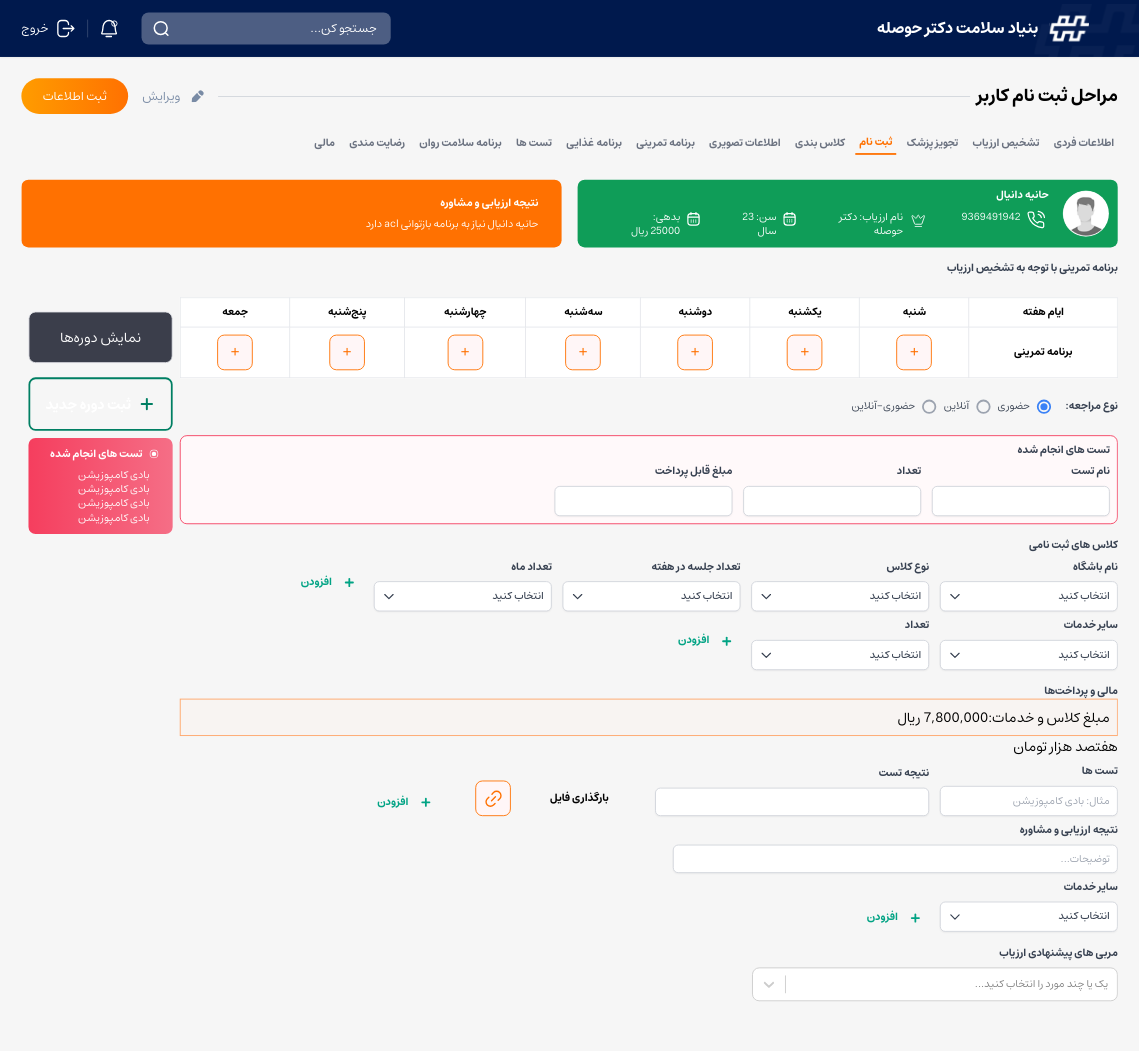
Repository: mirnajafi/ERP_hoseleh_V1.0
Page: /register, after clicking the first element matching `div.flex > :nth-child(4)`
An editor plug-in stored every save of this project. The page is shown before and after the next save, followed by the edit.
The browser window is 1280 px wide. The pictures show the whole page, at 89% of full size.
Some web fonts or font styles are not loaded; a fallback is used. The project was rebuilt for these pictures with package versions that can differ from the ones it lists, and the page was loaded fresh each time. The framework's server and built-in components were replaced by stand-ins that run in the browser. Also part of the build but not shown: next.config.mjs, src/components/icons/trash.tsx, src/components/weekTable/weekTable.css, src/components/icons/copy.tsx, src/components/recognitionEvaluator/recognitionEvaluator.tsx.

Above is the page before, as saved 2025-03-01 00:04:13.

### src/app/layout.tsx
/* eslint-disable @next/next/no-img-element */
import type { Metadata } from "next";
import Header from "@/components/layout/Header";
import "@/app/globals.css";


export const metadata: Metadata = {
  title: "دکتر حوصله",
  description: "بنیاد سلامت دکتر حوصله",
};

export default function RootLayout({ children }: { children: React.ReactNode }) {
  return (
    <html lang="fa" dir="rtl">
      <body className="bg-dashboard-bg min-h-screen">
        {/* Header includes SidebarToggle, so no need to add Sidebar separately */}
        <Header />
        {/* Main Content Area */}
        <main className="transition-all duration-300 mt-16 p-6">
          {children}
        </main>

      </body>
    </html>
  );
}

### src/app/globals.css
@tailwind base;
@tailwind components;
@tailwind utilities;

@font-face {
  font-family: 'Estedad';
  src: url('/fonts/Estedad-Regular.woff2') format('woff2');
  font-weight: normal;
  font-style: normal;
  font-display: swap;
}

@font-face {
  font-family: 'Estedad';
  src: url('/fonts/Estedad-Bold.woff2') format('woff2');
  font-weight: bold;
  font-style: normal;
  font-display: swap;
}

@font-face {
  font-family: 'Estedad';
  src: url('/fonts/Estedad-Medium.woff2') format('woff2');
  font-weight: 500;
  font-style: normal;
  font-display: swap;
}

@font-face {
  font-family: 'Estedad';
  src: url('/fonts/Light.woff2') format('woff2');
  font-weight: 400;
  font-style: normal;
  font-display: swap;
}

@layer base {
  html {
    font-family: 'Estedad'
  }
}

### src/components/registration/registration.tsx
import Select from "react-select/base";
import WeekTable from "../weekTable/weekTable";
import TransparentBtn from "../transparentBtn/transparentBtn";
import Dropdown from "../dropdown/dropdown";
import InputDescription from "../inputDescription/inputDescription";
import FileUploader from "../fileUploader/fileUploader";
import Input from "../input/input";
import InformationUserBox from "../informationUserBox/informationUserBox";
import { useState } from "react";
import ResultBox from "../resultBox/resultBox";
import PlusIcon from "../icons/plus";
import LeftSideBox from "../leftSideBox/leftSideBox";
import RadioButton from "../radioBtn/radioBtn";

const Registration = () => {

    const [selectedOptions, setSelectedOptions] = useState([]);


    const handleSelect = (option: string) => {
        console.log("انتخاب شده:", option);
    };
    const handleFileUpload = (files: File[]) => {
        console.log("فایل‌های آپلود شده:", files);
    };

    const [selected, setSelected] = useState<string>("option1");


    const [selectedDay, setSelectedDay] = useState<string>("");

    const handleDaySelect = (day: string) => {
        setSelectedDay(day);
    };

    return (
        <div>
            <div className="w-full flex flex-row">
                <InformationUserBox name="حانیه دانیال" age="23" phoneNumber={'9369491942'} evaluator="دکتر حوصله" debt="25000" imageSrc="/images/defaultUser.png" className="w-1/2 lg:ml-2" />
                <ResultBox resultText={"حانیه دانیال نیاز به برنامه بازتوانی acl دارد"} className="w-1/2 lg:mr-2" />
            </div>



            <div className="flex flex-row  my-4 items-center">
                <label className="mb-2 text-xs font-bold text-gray-700 ml-2">برنامه تمرینی با توجه به تشخیص ارزیاب</label>

            </div>

            <div className="w-full flex flex-row">

                <div className="w-full flex flex-col">
                    <WeekTable
                        apiUrl="https://api.majidvalizadeh.com/jalali/next7"
                        selectedDay={selectedDay}
                        onDaySelect={handleDaySelect}
                    />
                    <div className="flex flex-row my-4">
                        <label className="my-2 text-xs font-bold text-gray-700 ml-4">نوع مراجعه:</label>
                        <RadioButton
                            label="حضوری"
                            name="options"
                            value="option1"
                            checked={selected === "option1"}
                            onChange={setSelected}
                        />
                        <RadioButton
                            label="آنلاین"
                            name="options"
                            value="option2"
                            checked={selected === "option2"}
                            onChange={setSelected}
                        />
                        <RadioButton
                            label="حضوری-آنلاین"
                            name="options"
                            value="option3"
                            checked={selected === "option3"}
                            onChange={setSelected}
                        />
                    </div>


                    <div className="w-full xl:py-2 my-0  flex flex-col  border border-[#F53E5E] rounded-[8px] p-[8px] bg-[#FFF9FA]">
                        <label className="text-xs font-bold text-gray-700 ml-4">تست های انجام شده</label>

                        <div className="flex flex-row">
                            <Input
                                label="نام تست"
                                type="text"
                                value={''}
                                onChange={() => { }}
                                placeholder=""
                            />
                            <Input
                                label="تعداد "
                                type="text"
                                value={''}
                                onChange={() => { }}
                                placeholder=""
                            />

                            <Input
                                label="مبلغ قابل پرداخت"
                                type="text"
                                value={''}
                                onChange={() => { }}
                                placeholder=""
                            />
                        </div>
                    </div>

                    <div className="flex flex-col  w-full xl:items-start xl:justify-right ">
                        <label className="text-xs font-bold text-gray-700 ml-4 mt-4">کلاس های ثبت نامی</label>
                        <div className="w-full flex flex-row items-start">
                            <Dropdown
                                label=" نام باشگاه"
                                options={["گزینه 1", "گزینه 2", "گزینه 3"]}
                                onSelect={handleSelect}
                            />
                            <Dropdown
                                label="نوع کلاس"
                                options={["گزینه 1", "گزینه 2", "گزینه 3"]}
                                onSelect={handleSelect}
                            />
                            <Dropdown
                                label="تعداد جلسه در هفته"
                                options={["گزینه 1", "گزینه 2", "گزینه 3"]}
                                onSelect={handleSelect}
                            />
                            <Dropdown
                                label="تعداد ماه"
                                options={["گزینه 1", "گزینه 2", "گزینه 3"]}
                                onSelect={handleSelect}
                            />
                            <TransparentBtn label='افزودن' />
                        </div>
                    </div>

                    <div className="flex flex-col  w-full xl:items-start xl:justify-right ">
                        <div className="w-full flex flex-row items-start">
                            <Dropdown
                                label="سایر خدمات"
                                options={["گزینه 1", "گزینه 2", "گزینه 3"]}
                                onSelect={handleSelect}
                            />

                            <Dropdown
                                label="تعداد"
                                options={["گزینه 1", "گزینه 2", "گزینه 3"]}
                                onSelect={handleSelect}
                            />
                            <TransparentBtn label='افزودن' />
                        </div>
                    </div>


                    <label className="text-xs font-bold text-gray-700 ml-4 mt-4">مالی و پرداخت‌ها</label>

                    <div className="flex flex-col">
                        <div className="flex flex-row border border-[#FFA466] p-[8px] bg-[#FEE8D82B]"><span>مبلغ کلاس و خدمات:</span><span>7,800,000 ریال</span></div>
                        <span className="text-grey text">هفتصد هزار تومان</span>
                    </div>

                </div>

                <div className="w-1/6 p-2 flex flex-col">
                    <button className="bg-[#3B3E4B] text-white p-4 w-full border rounded-[8px] my-2">نمایش دوره‌ها</button>
                    <button className="bg-transparent text-[#007F63] text-white p-4 w-full border-2 border-[#007F63] rounded-[8px] flex items-center justify-center font-bold my-2"><PlusIcon width={20} height={20} /> ثبت دوره جدید</button>
                    <LeftSideBox title={"تست های انجام شده"} test1={"بادی کامپوزیشن"} />
                </div>
            </div>


            {/* <div className="flex flex-col  w-ful xl:w-1/3">
                <label className="mb-2 text-xs font-bold text-gray-700">تمرکز روی کدام قسمت بدن؟</label>
                <Select
                    isMulti
                    options={[
                        { value: "apple", label: "سیب" },
                        { value: "banana", label: "موز" },
                        { value: "orange", label: "پرتقال" },
                        { value: "grape", label: "انگور" },
                        { value: "watermelon", label: "هندوانه" },
                    ]}
                    value={selectedOptions}
                    onChange={setSelectedOptions}
                    placeholder="یک یا چند مورد را انتخاب کنید..."
                    noOptionsMessage={() => "موردی یافت نشد"}
                    isClearable
                    isSearchable
                    className="text-xs "
                    styles={{
                        control: (base) => ({
                            ...base,
                            borderRadius: "8px",
                            borderColor: "#ccc",
                            boxShadow: "none",
                            "&:hover": { borderColor: "#888" },
                        }),
                    }}
                />
            </div> */}
            <div className="flex flex-col xl:flex-row w-full xl:items-end xl:justify-right ">
                <Input
                    label="تست ها"
                    type="text"
                    value={''}
                    onChange={() => { }}
                    placeholder="مثال: بادی کامپوزیشن "
                />
                <InputDescription
                    label="نتیجه تست"
                    value={''}
                    placeholder=""
                    className="xl:w-1/4 max-w-[500px]"
                />

                <FileUploader onFileUpload={handleFileUpload} accept="image/*" multiple />
                <TransparentBtn label='افزودن' />
            </div>
            <div className="flex flex-col xl:flex-row w-full xl:items-end xl:justify-right ">

                <InputDescription
                    label="نتیجه ارزیابی و مشاوره"
                    value={''}
                    placeholder="توضیحات..."
                    className="xl:w-1/2 max-w-[500px]"
                    height="h-24"
                />

            </div>


            <div className="flex flex-col xl:flex-row w-full xl:items-end xl:justify-right ">
                <Dropdown
                    label="سایر خدمات"
                    options={["گزینه 1", "گزینه 2", "گزینه 3"]}
                    onSelect={handleSelect}
                />
                <TransparentBtn label='افزودن' />

            </div>
            <div className="flex flex-col  w-ful xl:w-1/3 my-4">
                <label className="mb-2 text-xs font-bold text-gray-700">مربی های پیشنهادی ارزیاب</label>
                <Select
                    isMulti
                    options={[
                        { value: "apple", label: "سیب" },
                        { value: "banana", label: "موز" },
                        { value: "orange", label: "پرتقال" },
                        { value: "grape", label: "انگور" },
                        { value: "watermelon", label: "هندوانه" },
                    ]}
                    value={selectedOptions}
                    onChange={setSelectedOptions}
                    placeholder="یک یا چند مورد را انتخاب کنید..."
                    noOptionsMessage={() => "موردی یافت نشد"}
                    isClearable
                    isSearchable
                    className="text-xs "
                    styles={{
                        control: (base) => ({
                            ...base,
                            borderRadius: "8px",
                            borderColor: "#ccc",
                            boxShadow: "none",
                            "&:hover": { borderColor: "#888" },
                        }),
                    }}
                />
            </div>


        </div>
    )

}
export default Registration;

### src/components/SearchInput/SearchInput.tsx
/* eslint-disable @next/next/no-img-element */
"use client";

interface SearchInputProps {
  placeholder?: string;
  className?: string;
}

export default function SearchInput({ placeholder = "جستجو کن...", className = "" }: SearchInputProps) {
  return (
    <div className="relative w-[280px]">
      <input
        type="text"
        placeholder={placeholder}
        className={`w-full h-9 bg-white bg-opacity-30 rounded-lg px-4 text-white placeholder:text-white text-sm focus:outline-none ${className}`}
      />
      <img
        src="/icons/left-icon.svg"
        alt="search"
        className="absolute left-2 top-1/2 -translate-y-1/2 w-7 h-7 brightness-0 invert"
      />
    </div>
  );
}

### src/components/formHeader/formHeader.css
.customeGradient{
    background: linear-gradient(270deg, #FF7101 0%, #FF9C00 100%);
    color: white;
    border-radius: 50px;
    padding:  10px 24px;
}

### src/components/transparentBtn/transparentBtn.tsx
'use client'; // اضافه کردن این خط برای فعال کردن کامپوننت در Client-side

import React from "react";

interface BtnProps {
    label: string;
}

const TransparentBtn: React.FC<BtnProps> = ({ label }) => {

    return (
        <div className="w-250px text-[#01A384] h-full flex xl:items-center xl:justify-center">
            <button className="flex flex-row p-2  h-full flex items-center justify-center font-bold text-xs
">
                <svg width="15" height="15" viewBox="0 0 14 15" fill="none" xmlns="http://www.w3.org/2000/svg" className="ml-3">
                    <path d="M7 3.41666V11.5833" stroke="#01A384" stroke-width="2" stroke-linecap="round" stroke-linejoin="round" />
                    <path d="M2.91602 7.5H11.0827" stroke="#01A384" stroke-width="2" stroke-linecap="round" stroke-linejoin="round" />
                </svg>
                {label}
            </button>
        </div>
    );
};

export default TransparentBtn;

### src/components/resultBox/resultBox.tsx
'use client';

import React from "react";
import './resultBox.css';


interface ResultBoxProps {
    resultText: string;
    className?: string;
}

const ResultBox: React.FC<ResultBoxProps> = ({
    resultText,
    className
}) => {
    return (
        <div className={`w-full flex flex-col lg:flex-row containResultBox text-xs ${className}`}>
            <div className="flex flex-col mr-4">
                <div className="font-bold">نتیجه ارزیابی و مشاوره</div>
                <div className="flex flex-col justify-center items-start lg:flex-row mt-2">
                    <span className="ml-10 flex flex-row-reverse">{resultText}</span>
                </div>
            </div>
        </div>
    );
};

export default ResultBox;

### src/components/icons/plus.tsx
'use client';

import React from "react";

interface IconProps {
    width?: number;
    height?: number;
    color?: string;
}

const PlusIcon: React.FC<IconProps> = ({ width, height }) => {
    return (
        <svg width={width} height={height} viewBox="0 0 36 36" fill="none" className="ml-2" xmlns="http://www.w3.org/2000/svg">
        <path d="M18 7.5V28.5" stroke="#007F63" stroke-width="4" stroke-linecap="round" stroke-linejoin="round"/>
        <path d="M7.5 18H28.5" stroke="#007F63" stroke-width="4" stroke-linecap="round" stroke-linejoin="round"/>
        </svg>


    );
};

export default PlusIcon;

### src/components/radioBtn/radioBtn.tsx
import React from "react";

interface RadioButtonProps {
  label: string;
  name: string;
  value: string;
  checked: boolean;
  onChange: (value: string) => void;
}

const RadioButton: React.FC<RadioButtonProps> = ({ label, name, value, checked, onChange }) => {
  return (
    <label className="flex items-center space-x-2 cursor-pointer text-xs">
      <input
        type="radio"
        name={name}
        value={value}
        checked={checked}
        onChange={() => onChange(value)}
        className="hidden"
      />
      <div
        className={`w-4 h-4 rounded-full border-2 ${
          checked ? "border-blue-500" : "border-gray-400"
        } flex items-center justify-center transition-all`}
      >
        {checked && <div className="w-2 h-2 bg-blue-500 rounded-full" />}
      </div>
      <span className="text-gray-700">{label}</span>
    </label>
  );
};

export default RadioButton;

### src/components/icons/uploader.tsx
'use client';

import React from "react";

interface IconProps {
    width?: number;
    height?: number;
    color?: string;
}

const UploaderIcon: React.FC<IconProps> = ({ width, height }) => {
    return (<svg width={width} height={height} viewBox="0 0 24 24" fill="none" xmlns="http://www.w3.org/2000/svg">
        <path d="M14.1211 9.87866L9.87845 14.1213" stroke="#FF7101" stroke-width="1.5" stroke-linecap="round" />
        <path d="M10.334 7.00003L12.0006 5.33336C13.8416 3.49239 16.8264 3.49239 18.6673 5.33335V5.33335C20.5083 7.17431 20.5083 10.1591 18.6673 12.0001L17.0007 13.6667" stroke="#FF7101" stroke-width="1.5" stroke-linecap="round" />
        <path d="M13.666 17L11.9994 18.6666C10.1584 20.5076 7.17362 20.5076 5.33266 18.6666V18.6666C3.4917 16.8257 3.4917 13.8409 5.33266 11.9999L6.99934 10.3333" stroke="#FF7101" stroke-width="1.5" stroke-linecap="round" />
    </svg>
    );
};

export default UploaderIcon;

### src/components/informationUserBox/informationUserBox.css
.containInfoBox {
  background: #0f9d58;
  color: white;
  justify-content: right;
  align-items: center;
  padding: 10px;
  border-radius: 8px;
}
.imageUser {
  border-radius: 100%;
}

### src/components/resultBox/resultBox.css
.containResultBox {
  background: #FF7101;
  color: white;
  justify-content: right;
  align-items: center;
  padding: 10px;
  border-radius: 8px;
  margin-right: 10px;
}

### src/components/leftSideBox/leftSideBox.css
.containLeftSideBox {
  background: linear-gradient(270deg, #F56E86 0%, #F53E5E 100%);
  color: white;
  justify-content: right;
  align-items: center;
  padding: 10px;
  border-radius: 8px;
}
.special-margin{
  margin-right: -10px;
}

### src/components/icons/circle.tsx

'use client';

import React from "react";

interface IconProps {
    width?: number;
    height?: number;
    color?: string;
}

const CircleIcon: React.FC<IconProps> = ({ width = 21, height = 22 }) => {
    return (
        <svg width={width} height={height} viewBox="0 0 12 12" className="ml-2" fill="none" xmlns="http://www.w3.org/2000/svg">
            <rect width="12" height="12" rx="6" fill="white" />
            <rect x="2" y="2" width="8" height="8" rx="4" fill="white" />
            <rect x="2" y="2" width="8" height="8" rx="4" stroke="#F56B84" stroke-width="2" />
        </svg>

    );
};

export default CircleIcon;

### tailwind.config.ts
import type { Config } from "tailwindcss";

const config: Config = {
  content: [
    "./src/pages/**/*.{js,ts,jsx,tsx,mdx}",
    "./src/components/**/*.{js,ts,jsx,tsx,mdx}",
    "./src/containers/**/*.{js,ts,jsx,tsx,mdx}",
    "./src/app/**/*.{js,ts,jsx,tsx,mdx}",
  ],
  theme: {
    extend: {
      colors: {
        "deep-blue": "#1E3A8A",
        "green": "#8BC34A",
        "orange": "#F97316",
        "red": "#E02D40",
        "yellow": "#FBBF24",
        background: "var(--background)",
        foreground: "var(--foreground)",
        secondry: {
          blue: {
            900: "#00194D",
          },
        },
        primery: {
          600: "#FF7101"
        },
        dashboard: {
          bg: "#F6F6F6"
        }
      },
    },
  },
  plugins: [],
};
export default config;

Loaded but not shown: src/components/personalInfo/personalInfo.tsx (302 lines, source omitted); src/components/weekTable/weekTable.tsx (87 lines, source omitted); src/components/dropdown/dropdown.tsx (69 lines, source omitted); src/components/icons/evaluator.tsx (26 lines, source omitted); src/components/inputDate/inputDate.tsx (67 lines, source omitted); src/components/informationUserBox/informationUserBox.tsx (61 lines, source omitted); src/components/icons/calendar.tsx (35 lines, source omitted); src/components/icons/phoneNumber.tsx (20 lines, source omitted); src/components/formHeader/formHeader.tsx (32 lines, source omitted); src/components/fileUploader/fileUploader.tsx (54 lines, source omitted); src/components/layout/Header.tsx (44 lines, source omitted); src/app/register/page.tsx (48 lines, source omitted); src/components/leftSideBox/leftSideBox.tsx (35 lines, source omitted); src/components/input/input.tsx (40 lines, source omitted); src/components/formTab/formTab.tsx (38 lines, source omitted); src/components/inputDescription/inputDescription.tsx (36 lines, source omitted)

After the next save:
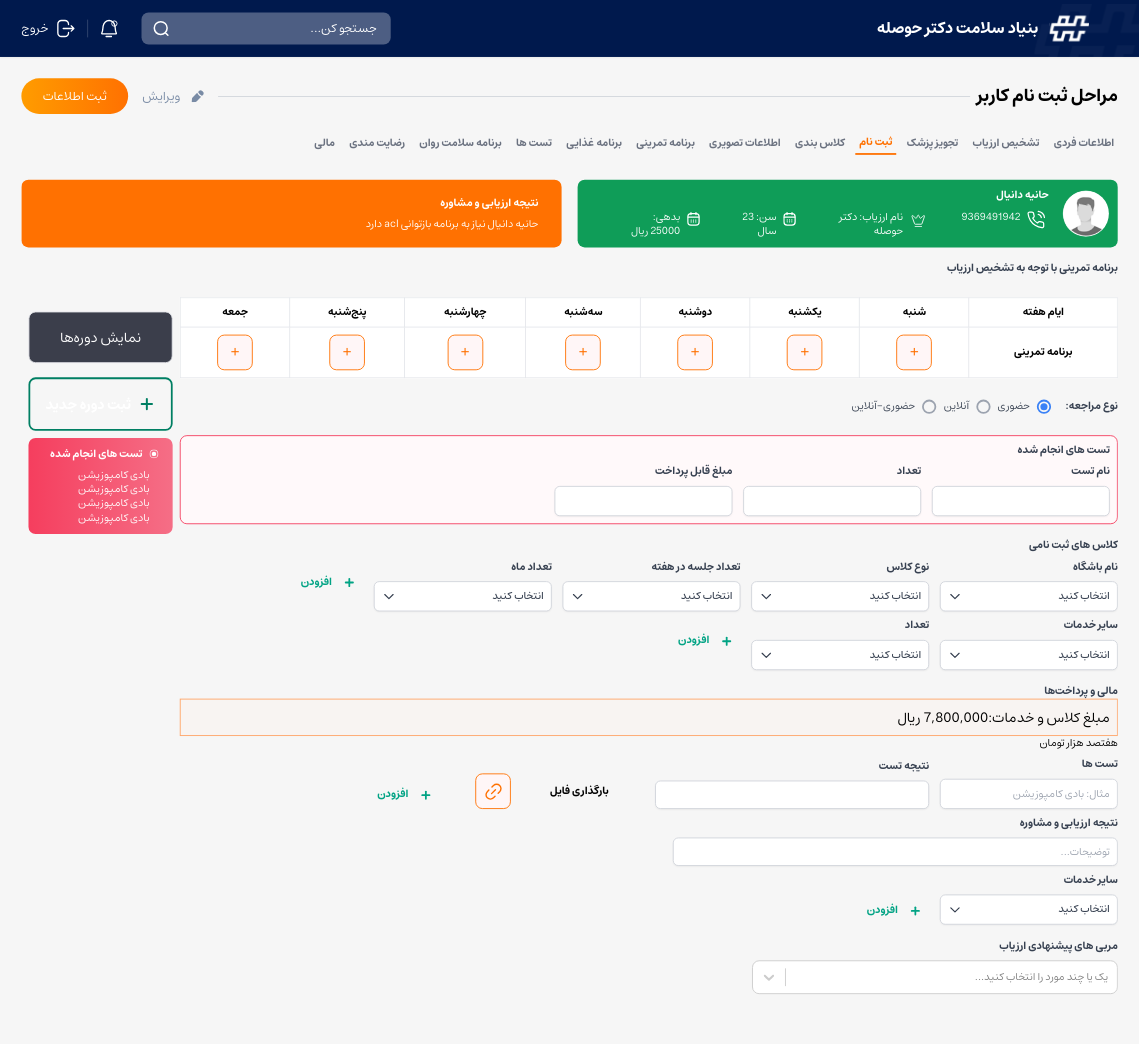
Saved 7 s later.
--- a/src/components/registration/registration.tsx
+++ b/src/components/registration/registration.tsx
@@ -159,7 +159,7 @@ const Registration = () => {
 
                     <div className="flex flex-col">
                         <div className="flex flex-row border border-[#FFA466] p-[8px] bg-[#FEE8D82B]"><span>مبلغ کلاس و خدمات:</span><span>7,800,000 ریال</span></div>
-                        <span className="text-grey text">هفتصد هزار تومان</span>
+                        <span className="text-grey text-xs">هفتصد هزار تومان</span>
                     </div>
 
                 </div>
